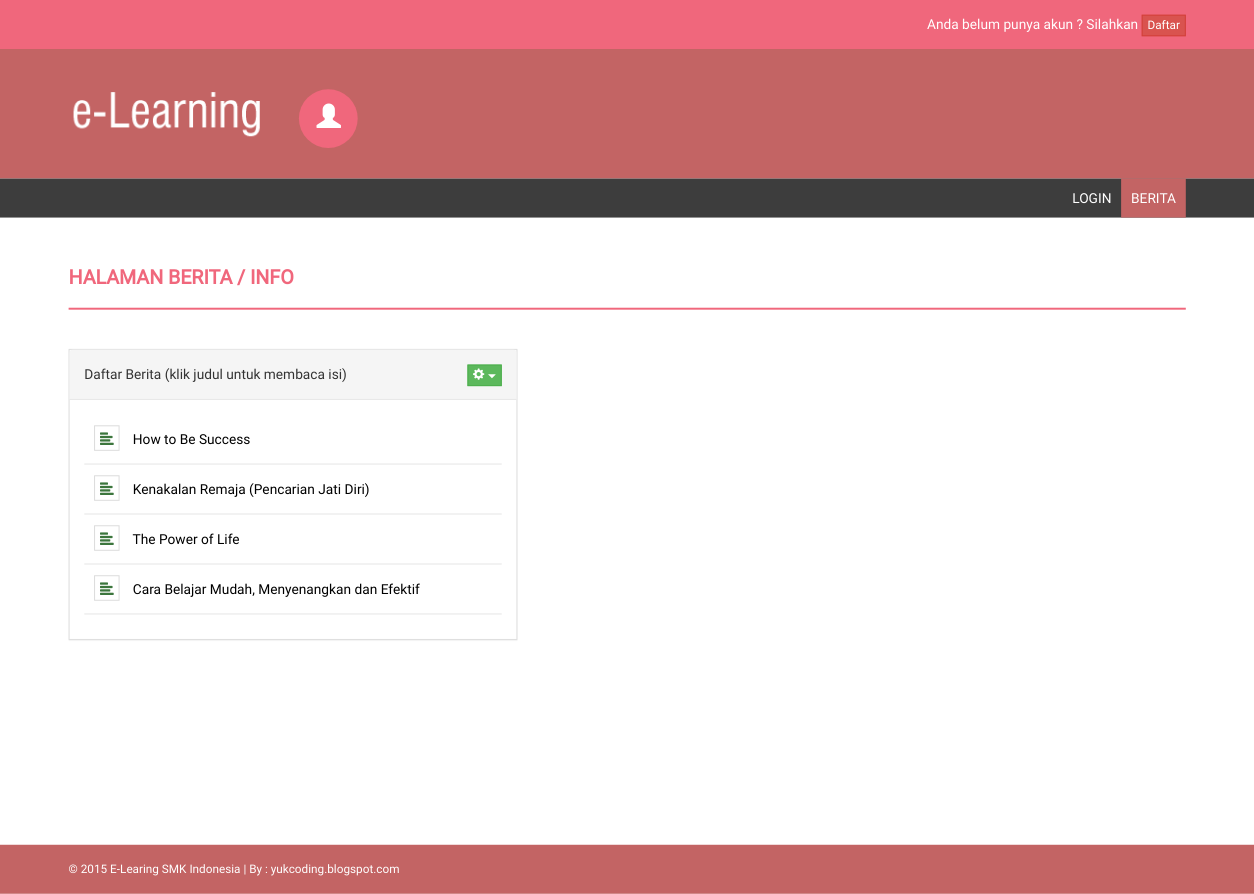
Repository: ramdanriawan/elearning-bangasep
Page: http://localhost/?page=berita
These files come from the project's save history. The page is drawn as it stood at one moment and after the next save; the edit follows.
The browser window is 1280 px wide. The pictures show the whole page, at 98% of full size.
The page is run by PHP 8.4 with error messages shown; the project is at /var/www/html/. The database holds what the project's SQL file puts in it.

Above is the page before, as saved 2020-04-12 00:06:22.

After the next save:
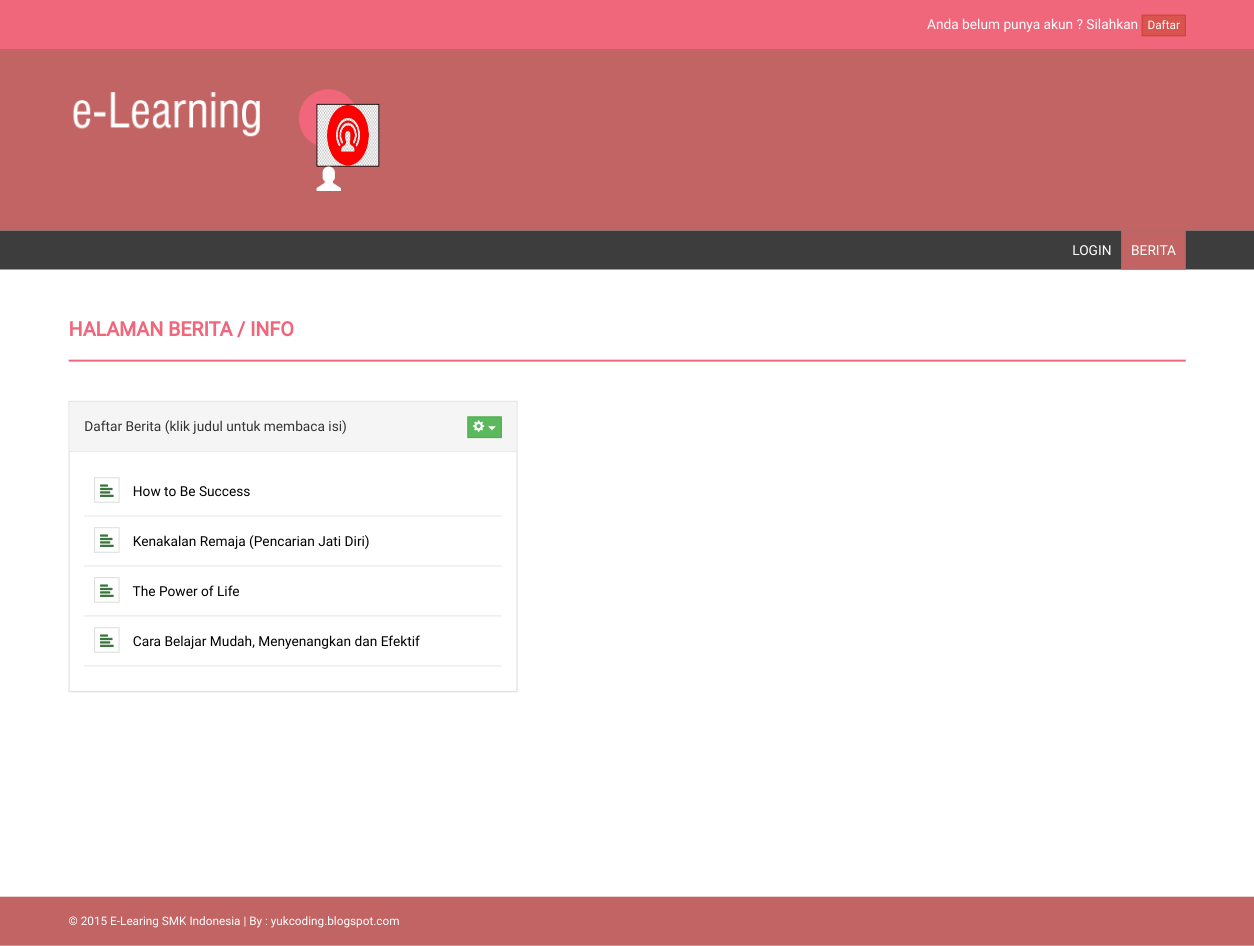
Saved 8 min 22 s later.
--- a/login.php
+++ b/login.php
@@ -42,6 +42,7 @@ $db = mysqli_connect("localhost", "lomx1822_e_learning", "lomx1822_e_learning",
                     <ul class="nav">
                         <li class="dropdown">
                             <a class="dropdown-toggle">
+                                <img src="img/logo.jpeg" alt="" width=60 height=>
                                 <span class="glyphicon glyphicon-user" style="font-size: 25px;"></span>
                             </a>
                         </li>
